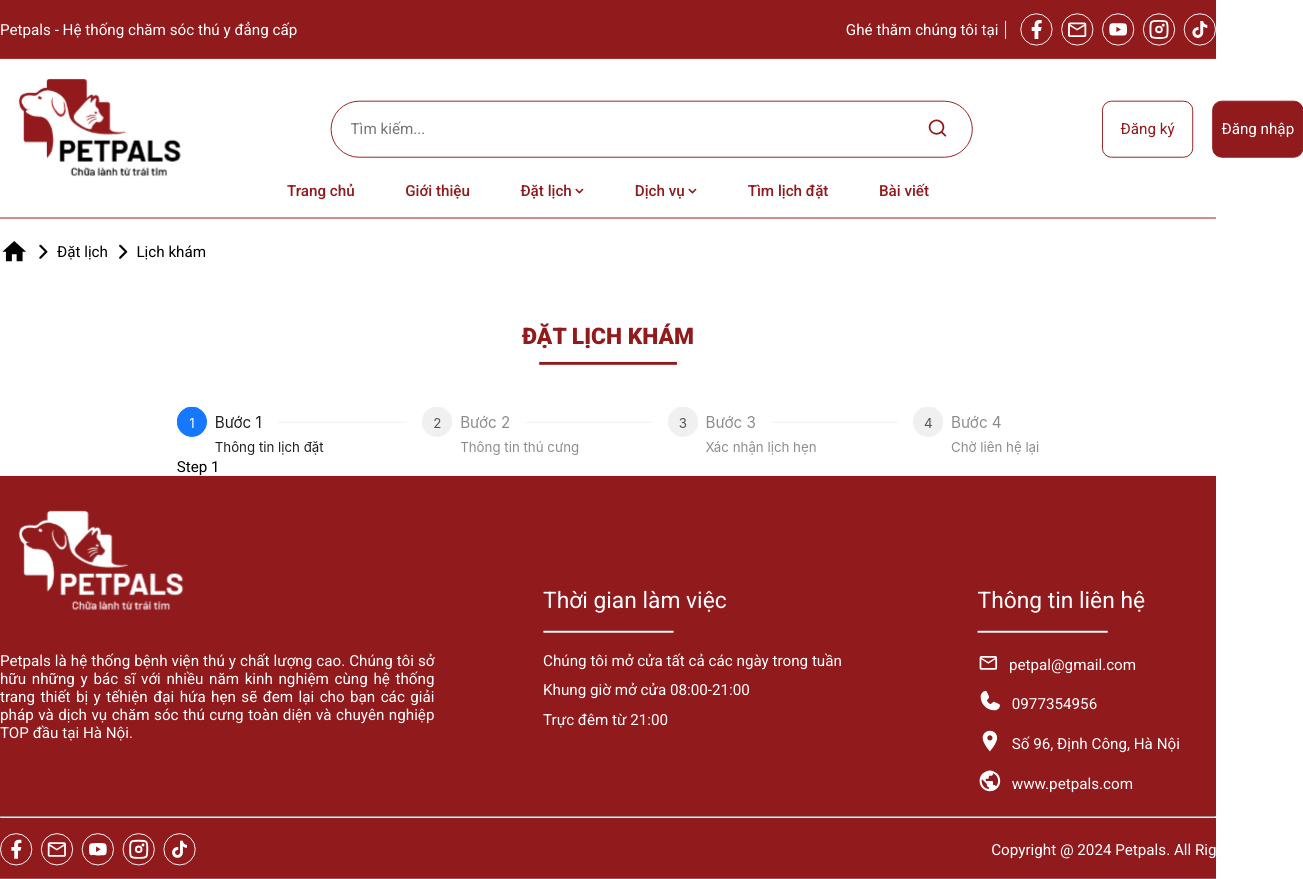
Repository: ahntrung1909/Petpals
Page: /dat-lich/kham-benh (app in petpals-user-main/)
The author's editor kept a copy of each file at every save. The page is drawn from the files as they stood at one save, then again after the next save.
The browser window is 1280 px wide. The page is 1372 px wide, so the pictures cover 1372 px, including what lies to the right of the window. The pictures show the whole page, at 95% of full size.
The project was rebuilt for these pictures with package versions that can differ from the ones it lists, and the page was loaded fresh each time. The framework's server and built-in components were replaced by stand-ins that run in the browser. Also part of the build but not shown: petpals-user-main/next.config.js, petpals-user-main/next.config.mjs.

Above is the page before, as saved 2024-04-10 19:38:00.

After the next save:
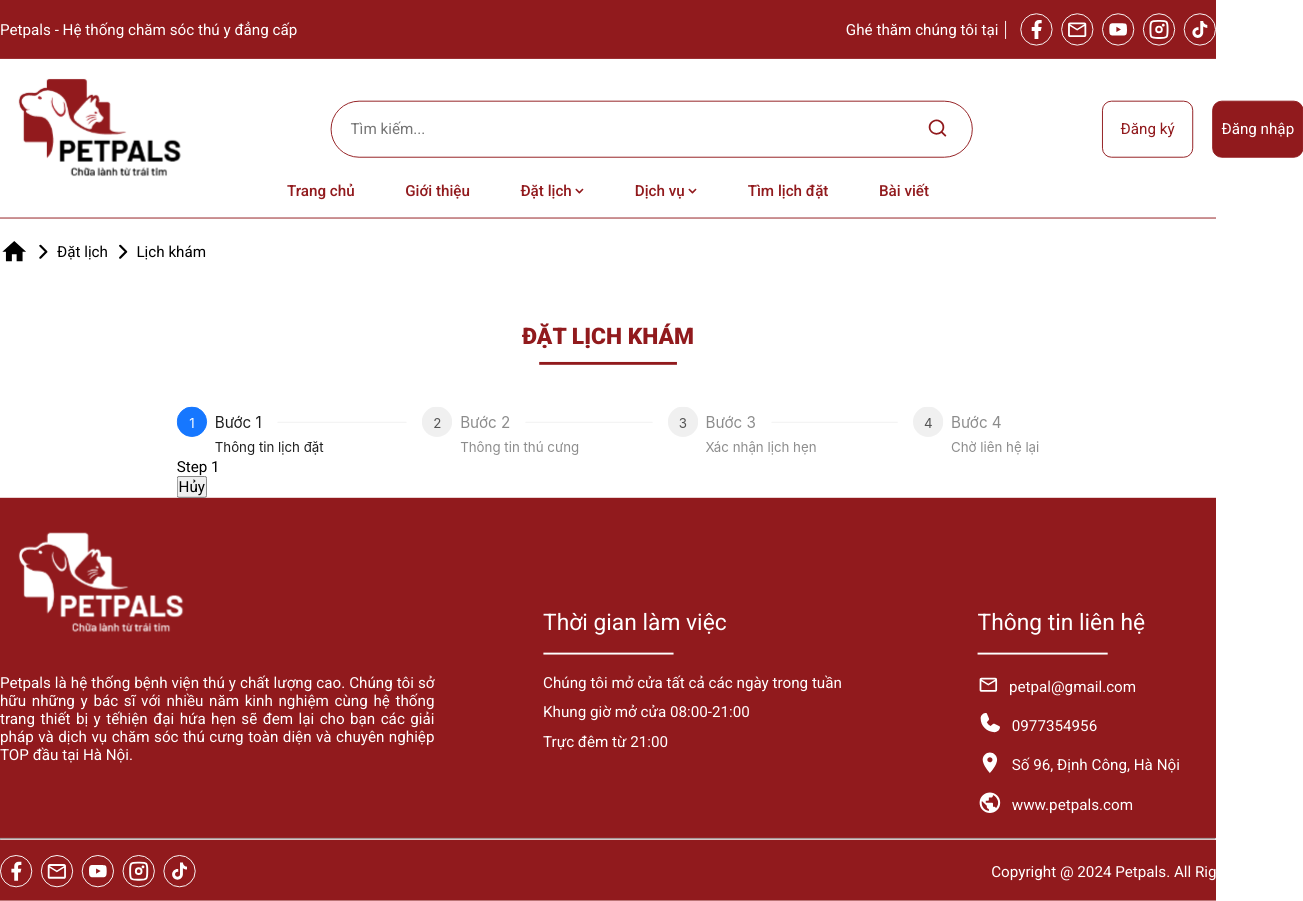
Saved 49 s later.
--- a/petpals-user-main/src/app/dat-lich/kham-benh/page.js
+++ b/petpals-user-main/src/app/dat-lich/kham-benh/page.js
@@ -40,6 +40,9 @@ export default function page() {
             ]}
           />
           <StepItem step={current} />
+          <div className="btn-wrapper">
+            <button>Hủy</button>
+          </div>
         </div>
       </section>
     </main>
